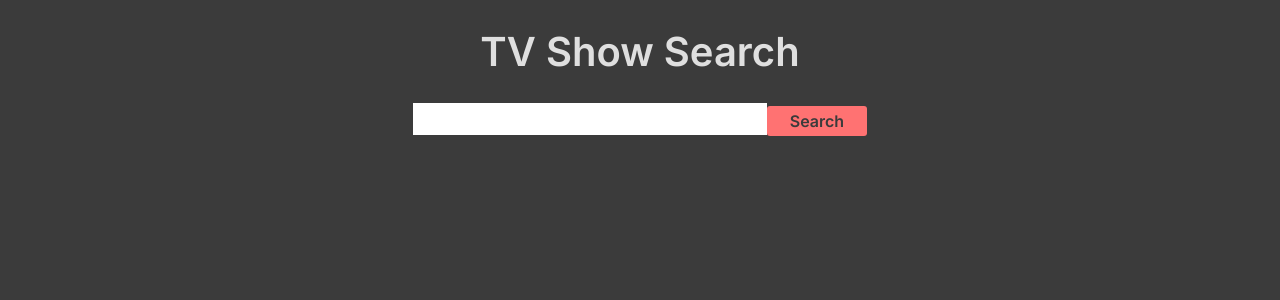
Repository: shayanabedi98/tv-search-react
Page: /
An editor plug-in stored every save of this project. The page is shown before and after the next save, followed by the edit.
The browser window is 1280 px wide. The pictures show the whole page.
The project was rebuilt for these pictures with package versions that can differ from the ones it lists, and the page was loaded fresh each time. Also part of the build but not shown: vite.config.js.

Above is the page before, as saved 2024-01-02 02:33:59.

After the next save:
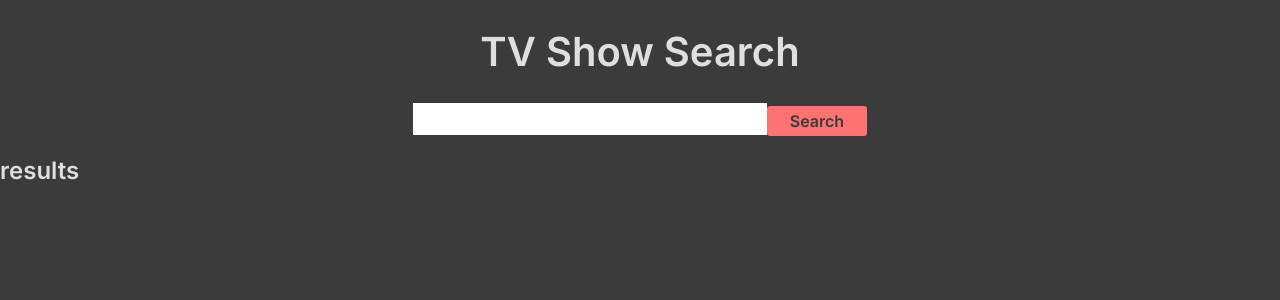
Saved 38 s later.
--- a/src/List.jsx
+++ b/src/List.jsx
@@ -2,21 +2,26 @@ import React from "react";
 
 const List = ({ showList }) => {
   return (
-    <div className="list">
-      {showList.length > 0 &&
-        showList.map((show) => {
-          return (
-            <div className="card" key={show.id}>
-              <h2>{show.name}</h2>
-              <img src={show.img} alt={`cover photo of ${show.name}`} />
-              <p>
-                <span>Language: </span>
-                {show.language}
-              </p>
-              <p>{show.rating ? `Rating: ${show.rating}⭐` : "Rating: N/A"}</p>
-            </div>
-          );
-        })}
+    <div className="list-container">
+        <h2>results</h2>
+      <div className="list">
+        {showList.length > 0 &&
+          showList.map((show) => {
+            return (
+              <div className="card" key={show.id}>
+                <h2>{show.name}</h2>
+                <img src={show.img} alt={`cover photo of ${show.name}`} />
+                <p>
+                  <span>Language: </span>
+                  {show.language}
+                </p>
+                <p>
+                  {show.rating ? `Rating: ${show.rating}⭐` : "Rating: N/A"}
+                </p>
+              </div>
+            );
+          })}
+      </div>
     </div>
   );
 };
